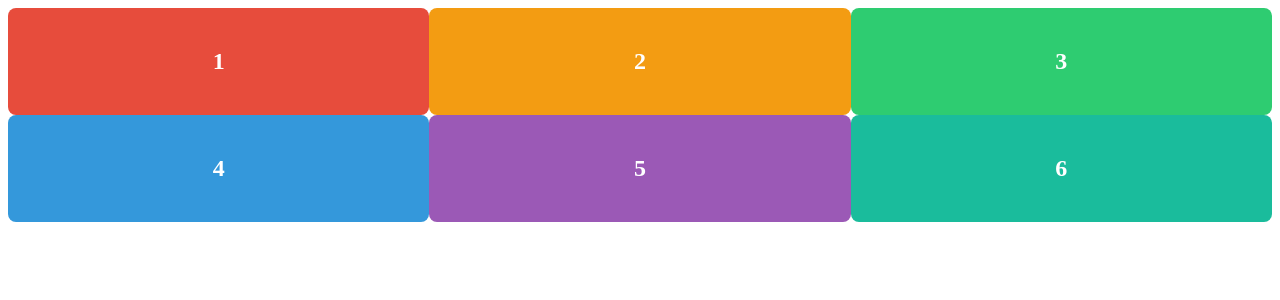
Repository: mertfurkandgn/artpainting
Page: card-1/index.html
The author's editor kept a copy of each file at every save. The page is drawn from the files as they stood at one save, then again after the next save.
The browser window is 1280 px wide. The pictures show the whole page.

Above is the page before, as saved 2025-07-30 21:27:37.

### card-1/index.html
<!DOCTYPE html>
<html lang="en">
  <head>
    <meta charset="UTF-8" />
    <meta name="viewport" content="width=device-width, initial-scale=1.0" />
    <title>Card 1</title>
    <link rel="stylesheet" href="css/style.css" />
  </head>
  <body>
    <main>
      <section class="card-section">
        <div class="container">
          <div class="row">
            <div class="card">
              <div class="grid-container">
                <div class="item">1</div>
                <div class="item">2</div>
                <div class="item">3</div>
                <div class="item">4</div>
                <div class="item">5</div>
                <div class="item">6</div>
              </div>
            </div>
          </div>
        </div>
      </section>
    </main>
  </body>
</html>

### card-1/css/style.css
.grid-container{
    display: grid;
    grid-template-columns: repeat(3, 1fr);
}
.item {
      color: white;
      padding: 40px 0;
      font-size: 24px;
      text-align: center;
      border-radius: 8px;
      font-weight: bold;
    }

    /* Her kutuya farklı arka plan rengi */
    .item:nth-child(1) { background-color: #e74c3c; } /* kırmızı */
    .item:nth-child(2) { background-color: #f39c12; } /* turuncu */
    .item:nth-child(3) { background-color: #2ecc71; } /* yeşil */
    .item:nth-child(4) { background-color: #3498db; } /* mavi */
    .item:nth-child(5) { background-color: #9b59b6; } /* mor */
    .item:nth-child(6) { background-color: #1abc9c; } /* camgöbeği */

After the next save:
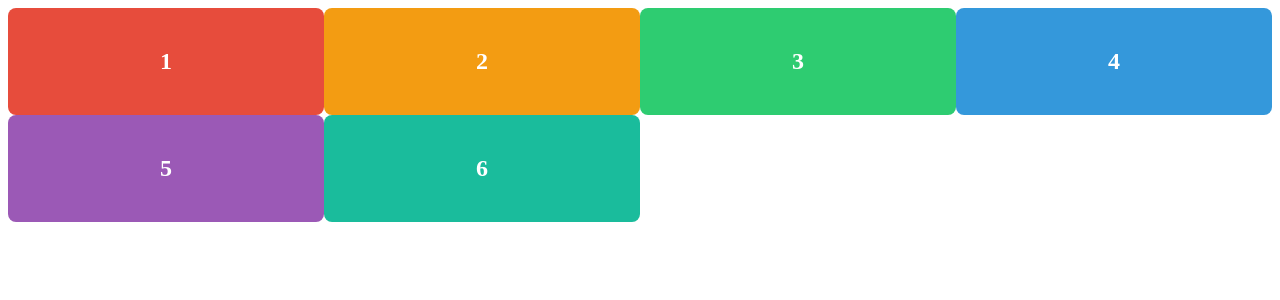
Saved 10 s later.
--- a/card-1/css/style.css
+++ b/card-1/css/style.css
@@ -1,6 +1,6 @@
 .grid-container{
     display: grid;
-    grid-template-columns: repeat(3, 1fr);
+    grid-template-columns: repeat(4, 1fr);
 }
 .item {
       color: white;
